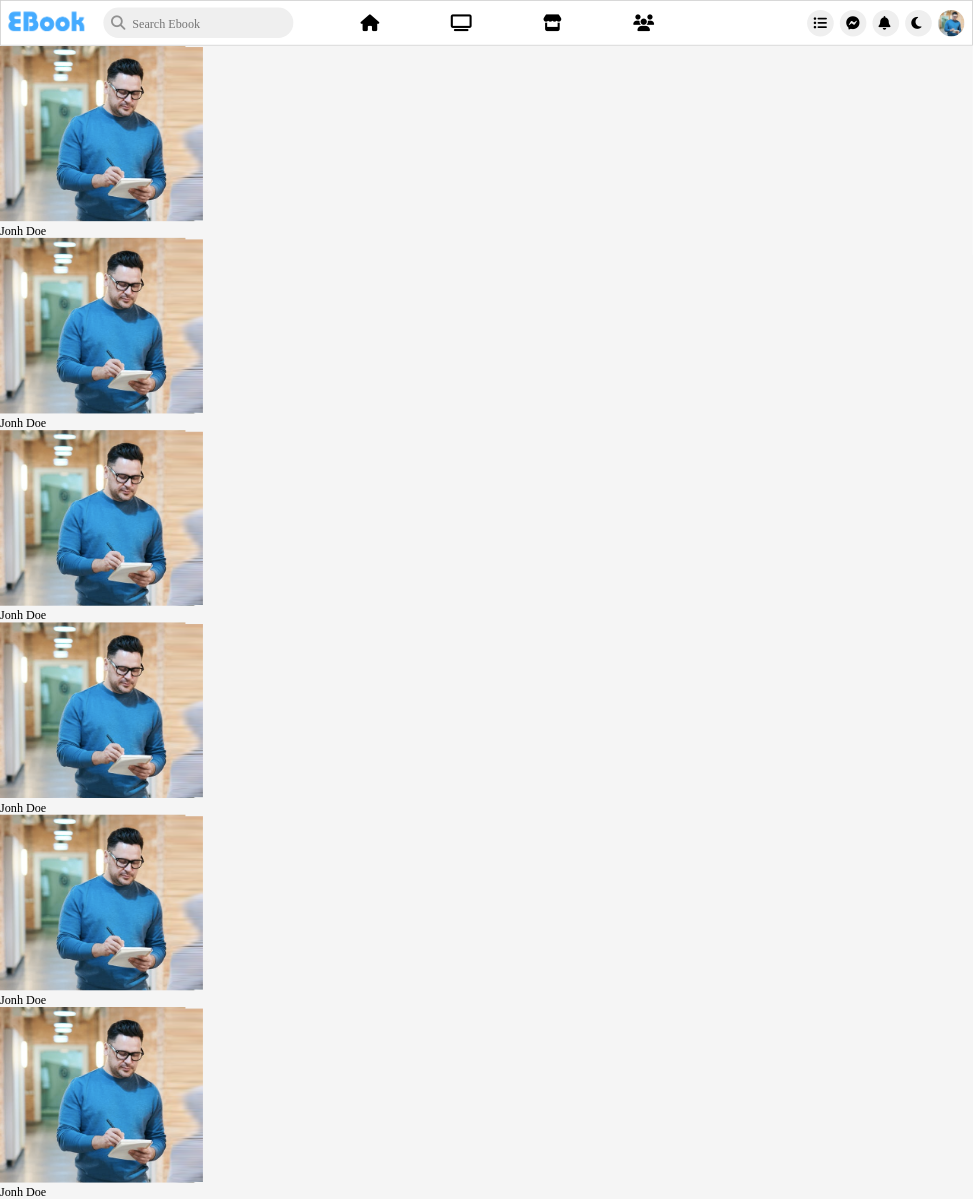
Repository: datvu1608/cloneebook
Page: index.html
The author's editor kept a copy of each file at every save. The page is drawn from the files as they stood at one save, then again after the next save.
The browser window is 1280 px wide. The pictures show the whole page, at 76% of full size.
Some web libraries are served in a nearby version.

Above is the page before, as saved 2023-02-23 14:53:10.

After the next save:
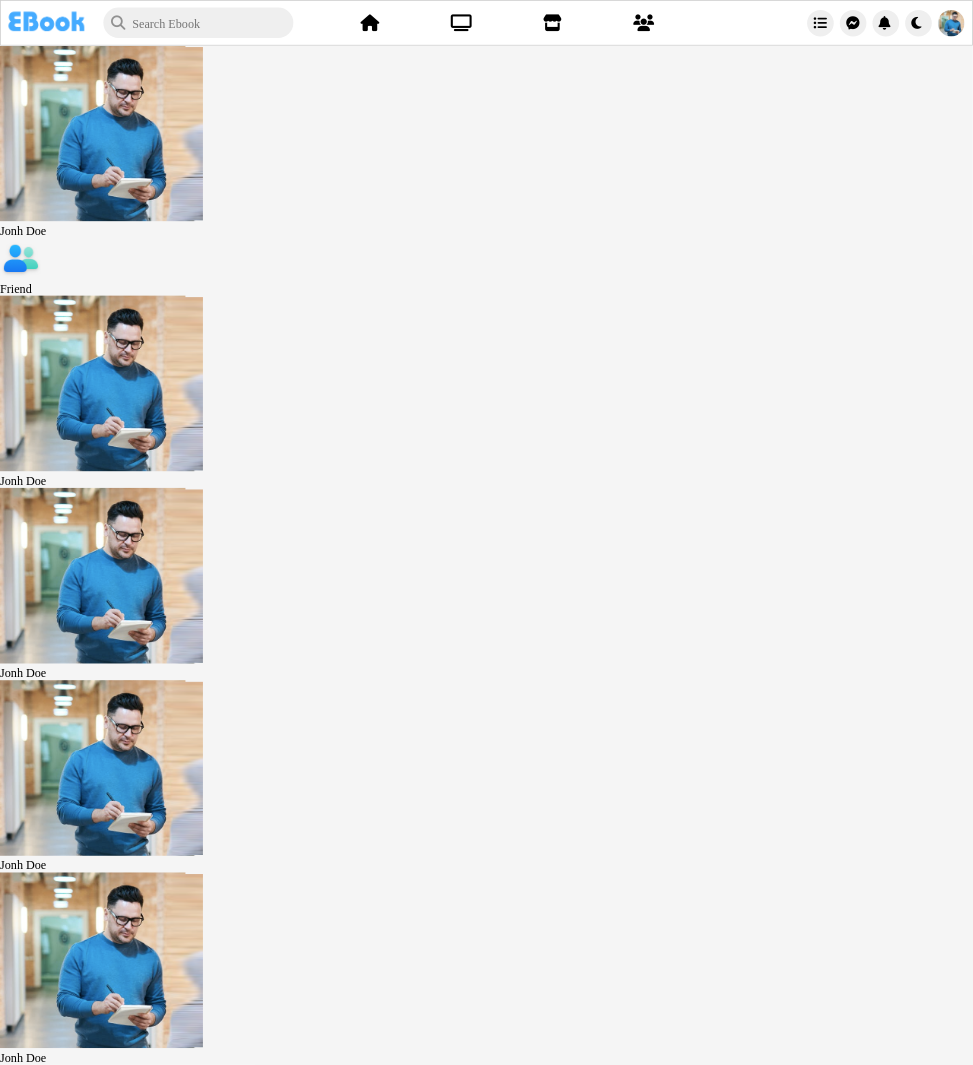
Saved 23 s later.
--- a/index.html
+++ b/index.html
@@ -51,8 +51,8 @@
           <p>Jonh Doe</p>
         </div>
         <div class="img">
-          <img src="./image/profile.png" alt="" />
-          <p>Jonh Doe</p>
+          <img src="./image/friend.png" alt="" />
+          <p>Friend</p>
         </div>
         <div class="img">
           <img src="./image/profile.png" alt="" />
